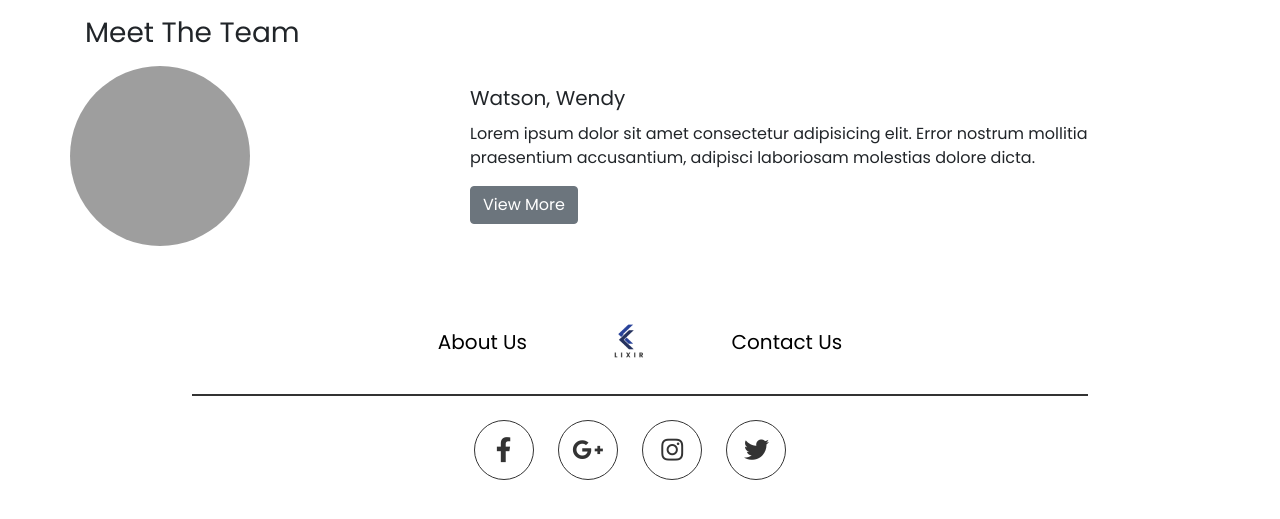
Repository: phiiileo/lit-page
Page: team-page.html
The author's editor kept a copy of each file at every save. The page is drawn from the files as they stood at one save, then again after a run of saves.
The browser window is 1280 px wide. The pictures show the whole page.
Pictures or frames that could not be fetched are drawn as grey boxes. Some web libraries are served in a nearby version.

Above is the page before, as saved 2019-12-04 21:06:37.

### team-page.html
<head>
  <meta charset="UTF-8" />
  <meta name="viewport" content="width=device-width, initial-scale=1.0" />
  <meta http-equiv="X-UA-Compatible" content="ie=edge" />
  <title>Lixir | Official Page</title>
  <link
    rel="stylesheet"
    href="css/bootstrap-4.4.0-dist/css/bootstrap.min.css"
  />
  <script src="js/jquery-1.11.1.min.js"></script>
  <script src="js/popper.min.js"></script>
  <script src="css/bootstrap-4.4.0-dist/js/bootstrap.min.js"></script>
  <link
    href="https://fonts.googleapis.com/css?family=Poppins&display=swap"
    rel="stylesheet"
  />
  <link
    rel="stylesheet"
    type="text/css"
    href="https://cdnjs.cloudflare.com/ajax/libs/font-awesome/5.11.2/css/all.min.css"
  />
  <link rel="stylesheet" href="css/site_footer.css" />
  <link rel="stylesheet" href="./css/team-page.css">
</head>

<div class="container">
    <p><h3>Meet The Team</h3></p>
    <div class="row row-cols-1 row-cols-md-1">
        <div class="card">
            <div class="row no-gutters">
                <div class="col-md-4">
                    <img src="https://res.cloudinary.com/gboyega/image/upload/v1575387409/grillspot/profile-placeholder_kqu2no.png" alt="profileImage" class="team-image">
                </div>
                <div class="col-md-8">
                    <div class="card-body">
                        <h5 class="card-title">Watson, Wendy</h5>
                        <p class="card-text">Lorem ipsum dolor sit amet consectetur adipisicing elit. Error nostrum mollitia praesentium accusantium, adipisci laboriosam molestias dolore dicta.</p>
                        <p class="card-text"><button class="btn btn-secondary" id="viewMoreButton">View More</button></p>
                    </div>
                </div>
            </div>
        </div>
    </div>
</div>

<footer class="mt-5">
  <section class="footer_content mx-auto text-center">
    <section class="footer_content--one">
      <a href="about_us.php" class="">About Us</a>
      <a href="index.php" class="mx-5">
        <img src="image/footer_logo.png" alt="" width="100px" height="100px"
      /></a>
      <a href="contact.php" class="">Contact Us</a>
    </section>
    <section class="footer_content--two pt-4">
      <a href="#"><i class="fab fa-facebook-f"></i></a>
      <a href=""><i class="fab fa-google-plus-g"></i></a>
      <a href=""><i class="fab fa-instagram"></i></a>
      <a href=""><i class="fab fa-twitter"></i></a>
    </section>
  </section>
</footer>

### css/site_footer.css
footer .footer_content {
    width: 70%;
  }

  footer .footer_content .footer_content--one {
    width: 100%;
    border-bottom: 2px solid #333333;
  }

  footer .footer_content .footer_content--one a {
    font-size: 20px;
    line-height: 28px;
    color: #000000;
    display: inline-block;
  }

  footer .footer_content .footer_content--two a {
    color: #333333;
    border: 1px solid #333333;
    border-radius: 50%;
    width: 60px;
    height: 60px;
    display: -webkit-inline-box;
    display: -ms-inline-flexbox;
    display: inline-flex;
    -webkit-box-pack: center;
        -ms-flex-pack: center;
            justify-content: center;
    -webkit-box-align: center;
        -ms-flex-align: center;
            align-items: center;
    margin-right: 20px;
    margin-bottom: 20px;
  }

  footer .footer_content .footer_content--two a i {
    font-size: 25px;
  }

### css/team-page.css
* {
  margin-top: 0;
  padding: 0px;
  box-sizing: border-box;
  font-family: "Poppins", sans-serif;
}
.team-image{
    width: 180px;
    height: 180px;
    border-radius: 50%;
}

.card{
    border: 0;
}

.viewMoreButton{
    color:#29419b ;
    background: #cecece;
    border-radius: 0;
}

Loaded but not shown: css/bootstrap-4.4.0-dist/css/bootstrap.min.css (library); js/jquery-1.11.1.min.js (library); js/popper.min.js (library); css/bootstrap-4.4.0-dist/js/bootstrap.min.js (library)

After the next 2 saves:
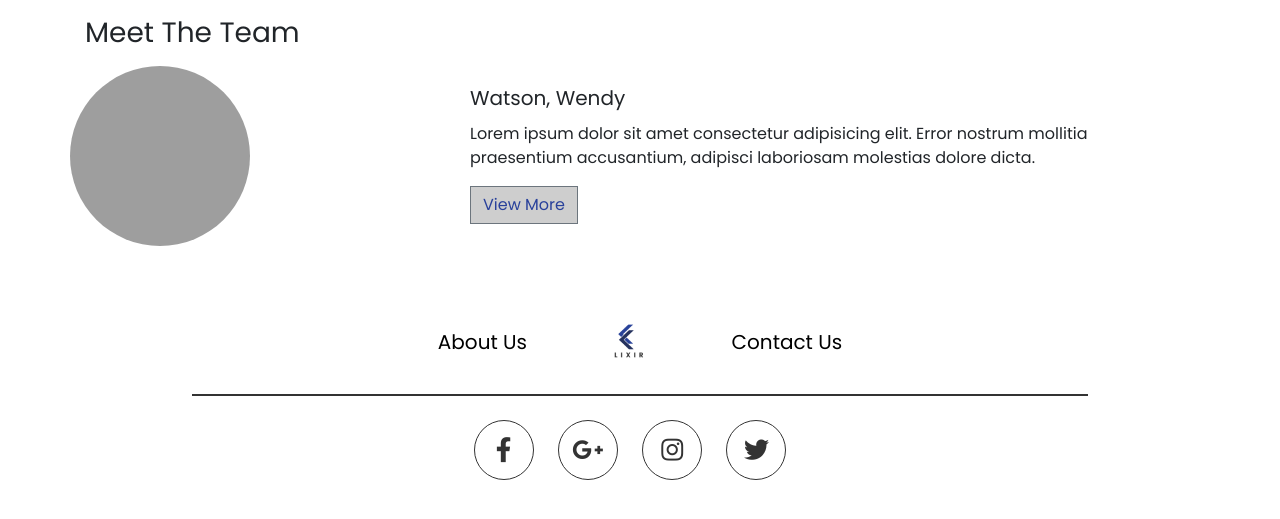
The 2 saves are shown as one change because they came seconds apart.
The last was saved 7 s later.
--- a/css/team-page.css
+++ b/css/team-page.css
@@ -14,7 +14,7 @@
     border: 0;
 }
 
-.viewMoreButton{
+#viewMoreButton{
     color:#29419b ;
     background: #cecece;
     border-radius: 0;

After the save that followed:
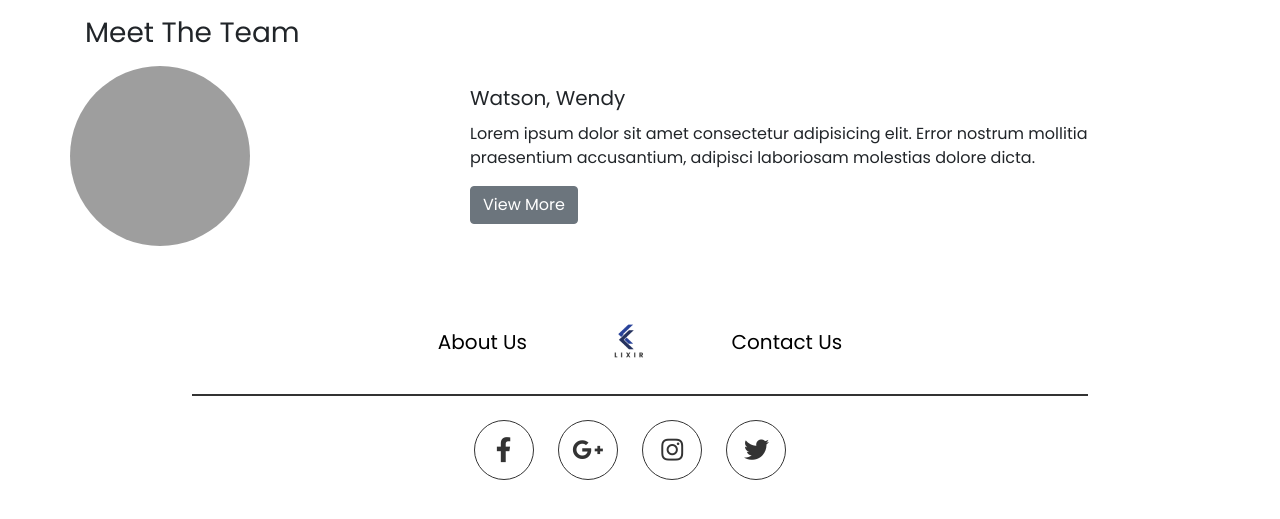
Saved 58 s later.
--- a/css/team-page.css
+++ b/css/team-page.css
@@ -14,8 +14,8 @@
     border: 0;
 }
 
-#viewMoreButton{
+/* #viewMoreButton{
     color:#29419b ;
     background: #cecece;
     border-radius: 0;
-}
+} */
